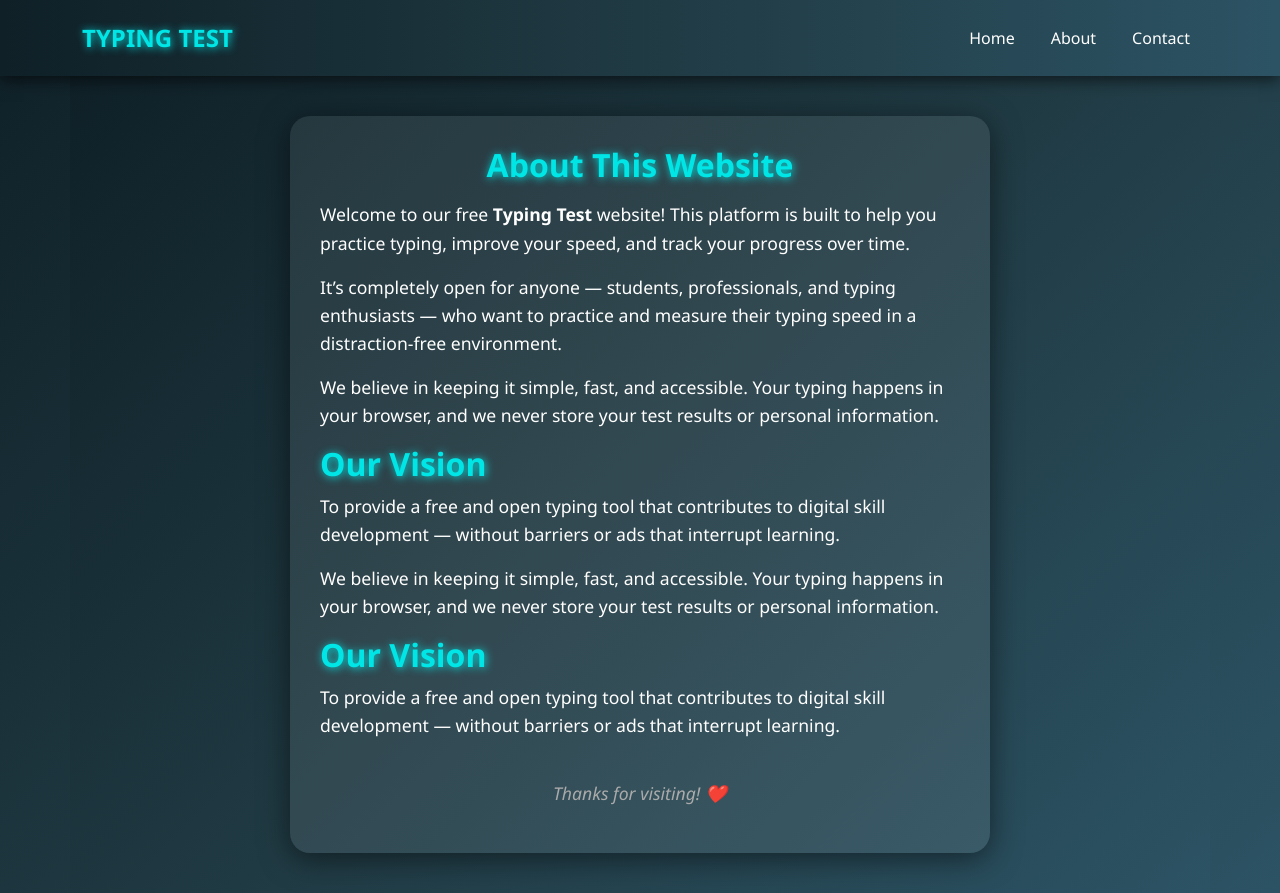
Repository: SHAHZADcodr/typing-test-react
Page: /about
These files come from the project's save history. The page is drawn as it stood at one moment and after a run of saves; the edit follows.
The browser window is 1280 px wide. The pictures show the whole page.
The project was rebuilt for these pictures with package versions that can differ from the ones it lists, and the page was loaded fresh each time. Also part of the build but not shown: src/customCss/Home.css, src/pages/Home.jsx, src/customCss/Contact.css, src/pages/Contact.jsx, src/customCss/Game.css, src/pages/Game.jsx, src/customCss/GameOver.css, src/pages/GameOver.jsx. Imported but missing from the stored project, and not drawn on this page: src/assets/background.mp3, src/assets/pop.mp3.

Above is the page before, as saved 2025-04-09 15:36:18.

After the next 2 saves:
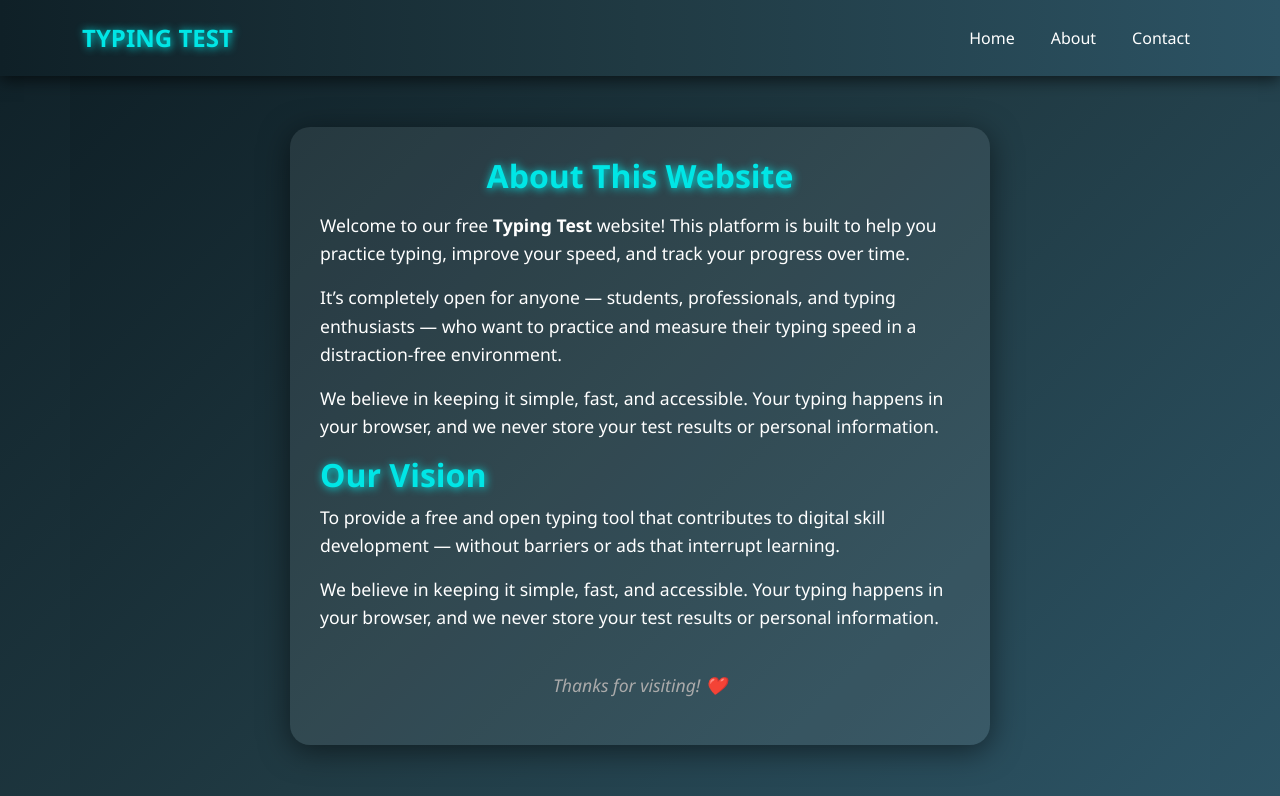
The 2 saves are shown as one change because they came seconds apart.
The last was saved 18 s later.
--- a/src/pages/About.jsx
+++ b/src/pages/About.jsx
@@ -17,9 +17,6 @@ const About = () => {
   <p>To provide a free and open typing tool that contributes to digital skill development — without barriers or ads that interrupt learning.</p>
          <p>We believe in keeping it simple, fast, and accessible. Your typing happens in your browser, and we never store your test results or personal information.</p>
 
-  <h2>Our Vision</h2>
-  <p>To provide a free and open typing tool that contributes to digital skill development — without barriers or ads that interrupt learning.</p>
-
         <p className="text-muted text-center mt-4">Thanks for visiting! ❤️</p>
       </Card>
     </Container>
